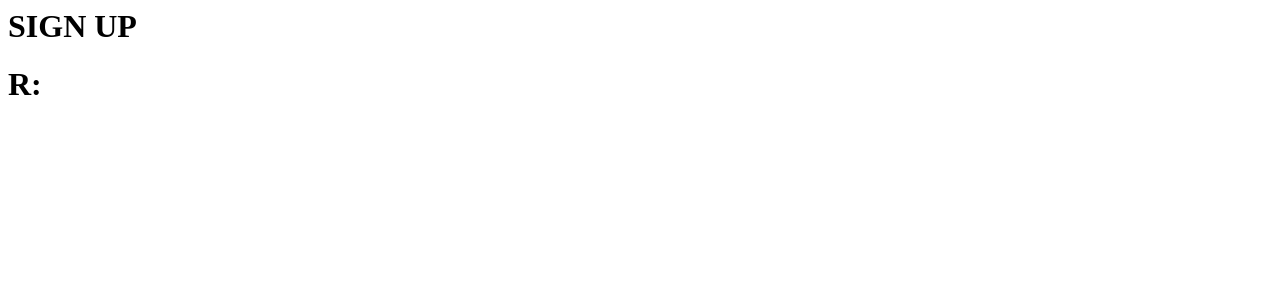
Repository: Aryaholmukhe/treasureHacks
Page: signup/coach.html
The author's editor kept a copy of each file at every save. The page is drawn from the files as they stood at one save, then again after a run of saves.
The browser window is 1280 px wide. The pictures show the whole page.

Above is the page before, as saved 2022-03-26 12:33:33.

### signup/coach.html
<html lang="en">
<head>
    <meta charset="UTF-8">
    <meta http-equiv="X-UA-Compatible" content="IE=edge">
    <meta name="viewport" content="width=device-width, initial-scale=1.0">
    <title>COACH SIGN UP</title>
</head>
<body>
    <div>
        <h1>SIGN UP</h1>
    </div>

    <h1>R:</h1>
</html>

After the next 4 saves:
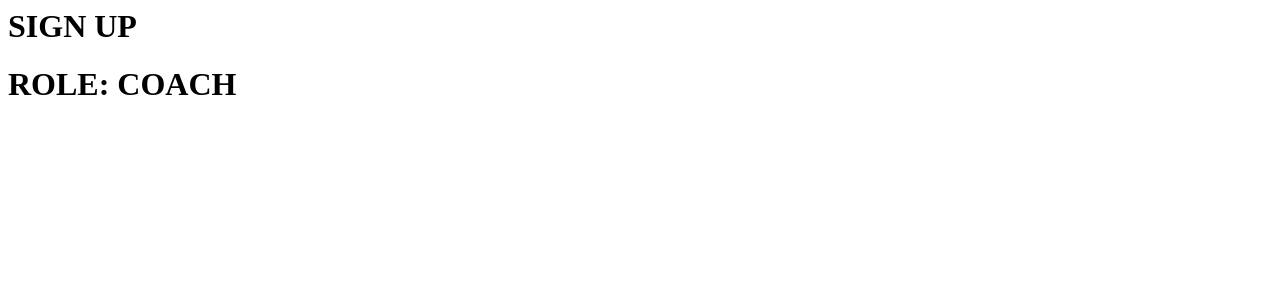
The 4 saves are shown as one change because they came seconds apart.
The last was saved 15 s later.
--- a/signup/coach.html
+++ b/signup/coach.html
@@ -10,5 +10,9 @@
         <h1>SIGN UP</h1>
     </div>
 
-    <h1>R:</h1>
+    <h1>ROLE: COACH</h1>
+
+    <form>
+
+    </form>
 </html>
